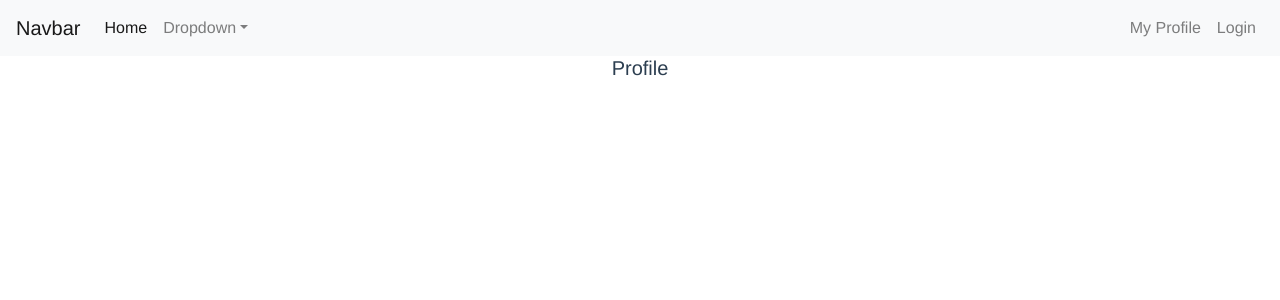
Repository: randrin/Firebase-Auth-Vue
Page: /profile
These files come from the project's save history. The page is drawn as it stood at one moment and after a run of saves; the edit follows.
The browser window is 1280 px wide. The pictures show the whole page.
The project was rebuilt for these pictures with package versions that can differ from the ones it lists, and the page was loaded fresh each time. Also part of the build but not shown: src/components/Home.vue. Imported but missing from the stored project, and not drawn on this page: src/components/Login.

Above is the page before, as saved 2020-08-07 12:37:10.

After the next 2 saves:
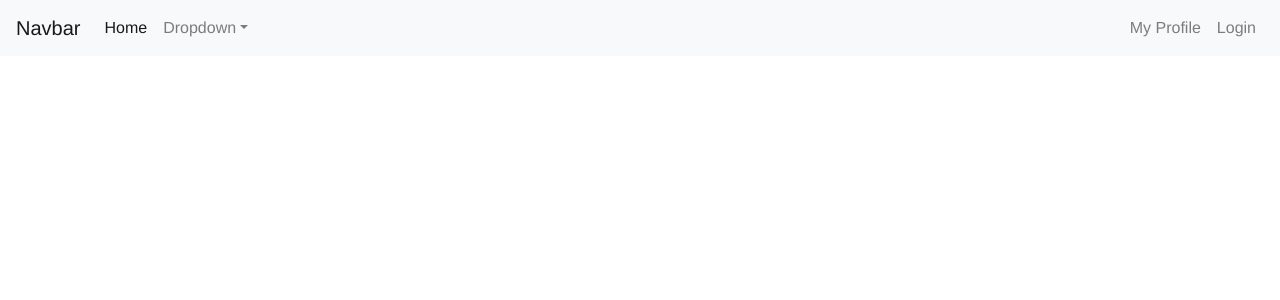
The 2 saves are shown as one change because they came seconds apart.
The last was saved 76 s later.
--- a/src/components/Profile.vue
+++ b/src/components/Profile.vue
@@ -1,7 +1,30 @@
 <template>
   <section>
     <navigation></navigation>
-    <h5 class="center-align">Profile</h5>
+    <div
+      class="card horizontal"
+      style="max-width:400px;margin:0 auto;"
+      v-if="user"
+    >
+      <div class="card-image" style="margin-top:25px;margin-left:10px;">
+        <img
+          :src="user.photoURL"
+          style="width:75px;height:75px;border-radius:50%;border:4px solid #333"
+        />
+      </div>
+      <div class="card-stacked">
+        <div class="card-content">
+          <p>
+            name: <strong>{{ user.displayName }}</strong
+            ><br />email:<strong>{{ user.email }}</strong
+            ><br />uid: <strong>{{ user.uid }}</strong> <br />provider:
+            <strong class="teal-text">{{
+              user.providerData[0].providerId
+            }}</strong>
+          </p>
+        </div>
+      </div>
+    </div>
   </section>
 </template>
 
@@ -21,7 +44,7 @@ export default {
     firebase.auth().onAuthStateChanged(user => {
       if (user) {
         this.user = user;
-        console.log(this.user)
+        console.log(this.user);
       }
     });
   }
